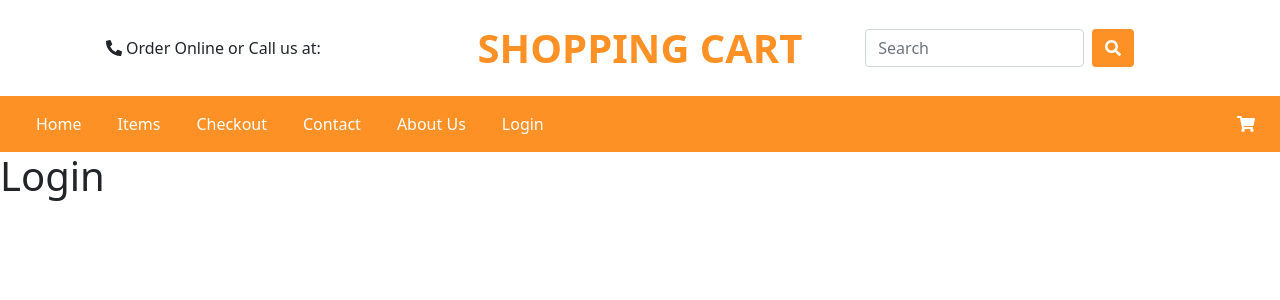
Repository: SaudCh/React-Ecommerce
Page: /login
An editor plug-in stored every save of this project. The page is shown before and after the next save, followed by the edit.
The browser window is 1280 px wide. The pictures show the whole page.
The project was rebuilt for these pictures with package versions that can differ from the ones it lists, and the page was loaded fresh each time. Also part of the build but not shown: src/App.css, src/Home/Carousel.jsx, src/Home/home.jsx.

Above is the page before, as saved 2021-12-05 19:10:38.

### src/App.js
import "./App.css";
import Header from "./Header/Header";
import "../node_modules/bootstrap/dist/css/bootstrap.min.css";
import "../node_modules/bootstrap/dist/js/bootstrap.bundle.min";
import Home from "./Home/home.jsx";
import { BrowserRouter, Switch, Route } from "react-router-dom";
import Login from "./Login/Login";

function App() {
  return (
    <BrowserRouter>
      <Header />
      <Switch>
        <Route path="/" exact>
          <Home />
        </Route>
        <Route path="/login" exact>
          <Login />
        </Route>
      </Switch>
    </BrowserRouter>
  );
}

export default App;

### src/Header/Header.jsx
import {
  faPhoneAlt,
  faSearch,
  faShoppingCart,
} from "@fortawesome/free-solid-svg-icons";
import { FontAwesomeIcon } from "@fortawesome/react-fontawesome";
import React from "react";
import { Link } from "react-router-dom";
import "./Header.css";

export default function Header() {
  return (
    <div>
      <nav className="container-fluid  my-4">
        <div className="row align-items-center">
          <div className="col-12 col-md-4 my-2 my-lg-0 text-center ">
            <p className="m-0 p-0">
              <FontAwesomeIcon icon={faPhoneAlt} /> Order Online or Call us at:{" "}
            </p>
          </div>
          <div className="col-12 col-md-4 my-2 my-lg-0 text-center">
            <p className="m-0 fw-bold h1" style={{ color: "#fe9126" }}>
              SHOPPING CART
            </p>
          </div>
          <div className="col-12 col-md-4 my-2 my-lg-0 text-center">
            <form class="d-flex col-12 col-lg-8">
              <input
                class="form-control me-2"
                type="search"
                placeholder="Search"
                aria-label="Search"
              />
              <button
                class="btn text-white"
                style={{ backgroundColor: "#fe9126" }}
                type="submit"
              >
                <FontAwesomeIcon icon={faSearch} />
              </button>
            </form>
          </div>
        </div>
      </nav>
      <nav
        class="navbar navbar-expand-md navbar-dark"
        style={{ backgroundColor: "#fe9126" }}
      >
        <div class="container-fluid">
          <Link class="navbar-brand" href="#"></Link>

          <button
            class="navbar-toggler"
            type="button"
            data-bs-toggle="collapse"
            data-bs-target="#navbarSupportedContent"
            aria-controls="navbarSupportedContent"
            aria-expanded="false"
            aria-label="Toggle navigation"
          >
            <span class="navbar-toggler-icon"></span>
          </button>
          <div class="collapse navbar-collapse" id="navbarSupportedContent">
            <ul class="navbar-nav me-auto mb-2 mb-lg-0 nav-ul">
              <li class="nav-item">
                <Link class="nav-link  text-white" aria-current="page" to="/">
                  Home
                </Link>
              </li>
              <li class="nav-item">
                <Link class="nav-link  text-white" to="#">
                  Items
                </Link>
              </li>

              <li class="nav-item">
                <Link
                  class="nav-link text-white"
                  to="#"
                  tabindex="-1"
                  aria-disabled="true"
                >
                  Checkout
                </Link>
              </li>
              <li class="nav-item">
                <Link
                  class="nav-link text-white"
                  to="#"
                  tabindex="-1"
                  aria-disabled="true"
                >
                  Contact
                </Link>
              </li>
              <li class="nav-item">
                <Link
                  class="nav-link text-white"
                  to="#"
                  tabindex="-1"
                  aria-disabled="true"
                >
                  About Us
                </Link>
              </li>
              <li class="nav-item">
                <Link
                  class="nav-link text-white"
                  to="/login"
                  tabindex="-1"
                  aria-disabled="true"
                >
                  Login
                </Link>
              </li>
            </ul>
            <button className="btn text-white">
              <FontAwesomeIcon icon={faShoppingCart} />
            </button>
          </div>
        </div>
      </nav>
    </div>
  );
}

### src/Login/Login.jsx
import React from "react";

export default function Login() {
  return (
    <div>
      <p className="p-0 m-0 h1">Login</p>
    </div>
  );
}

### src/Header/Header.css
.nav-ul li {
  margin-right: 20px;
}

Loaded but not shown: public/index.html (common file); src/index.js (common file); src/reportWebVitals.js (common file)

After the next save:
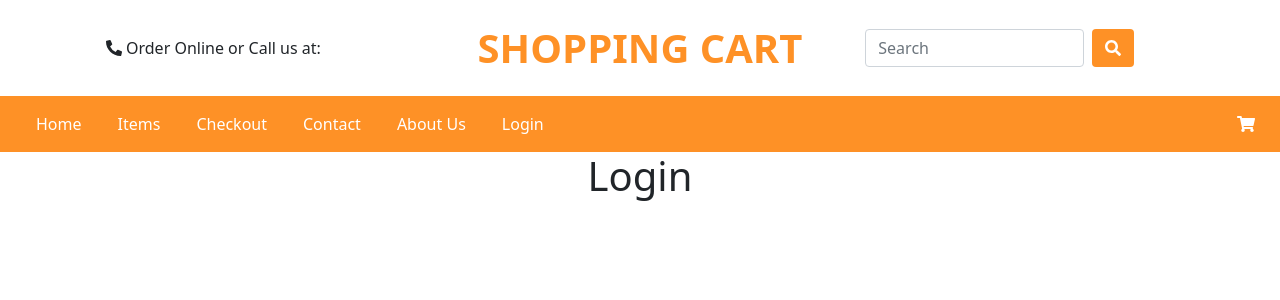
Saved 40 s later.
--- a/src/Login/Login.jsx
+++ b/src/Login/Login.jsx
@@ -2,7 +2,7 @@ import React from "react";
 
 export default function Login() {
   return (
-    <div>
+    <div className="text-center">
       <p className="p-0 m-0 h1">Login</p>
     </div>
   );
